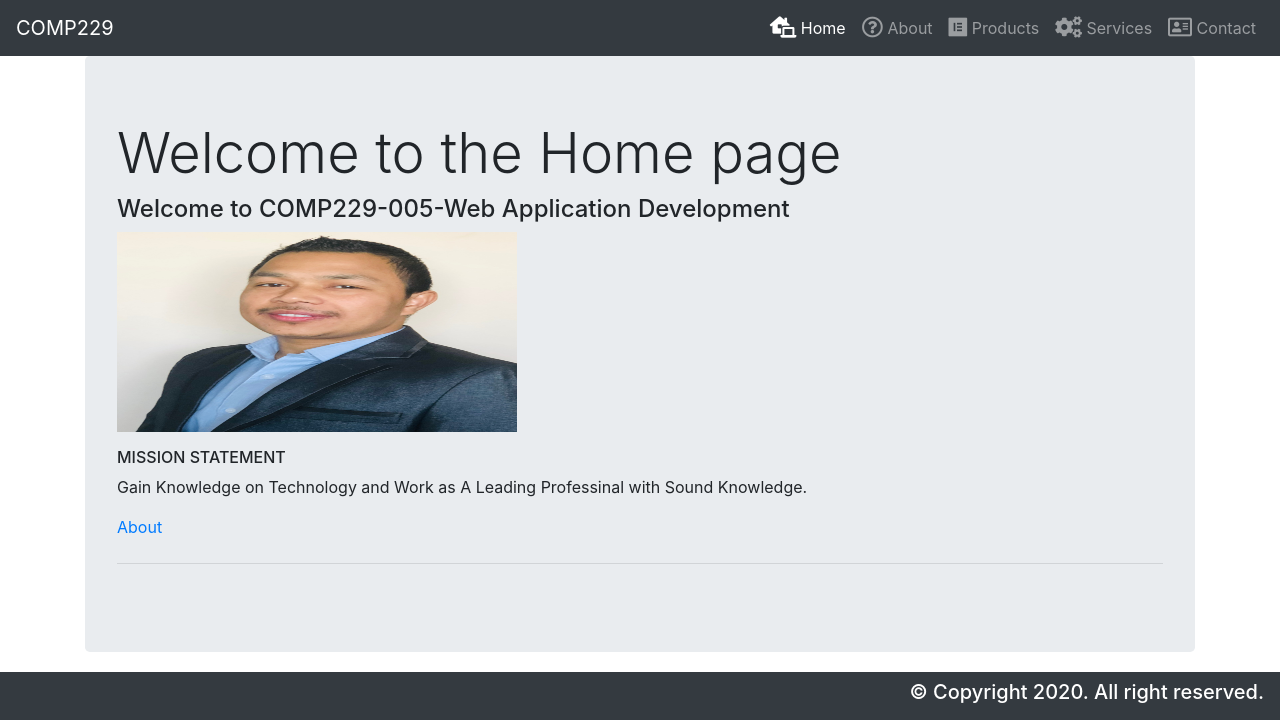
Repository: laxmangothe2020/COMP229Assignment
Page: http://localhost/
These files come from the project's save history. The page is drawn as it stood at one moment and after the next save; the edit follows.
The browser window is 1280 px wide. The pictures show the whole page.
The page is served by the project's Node server (server.js).

Above is the page before, as saved 2021-02-11 01:03:51.

After the next save:
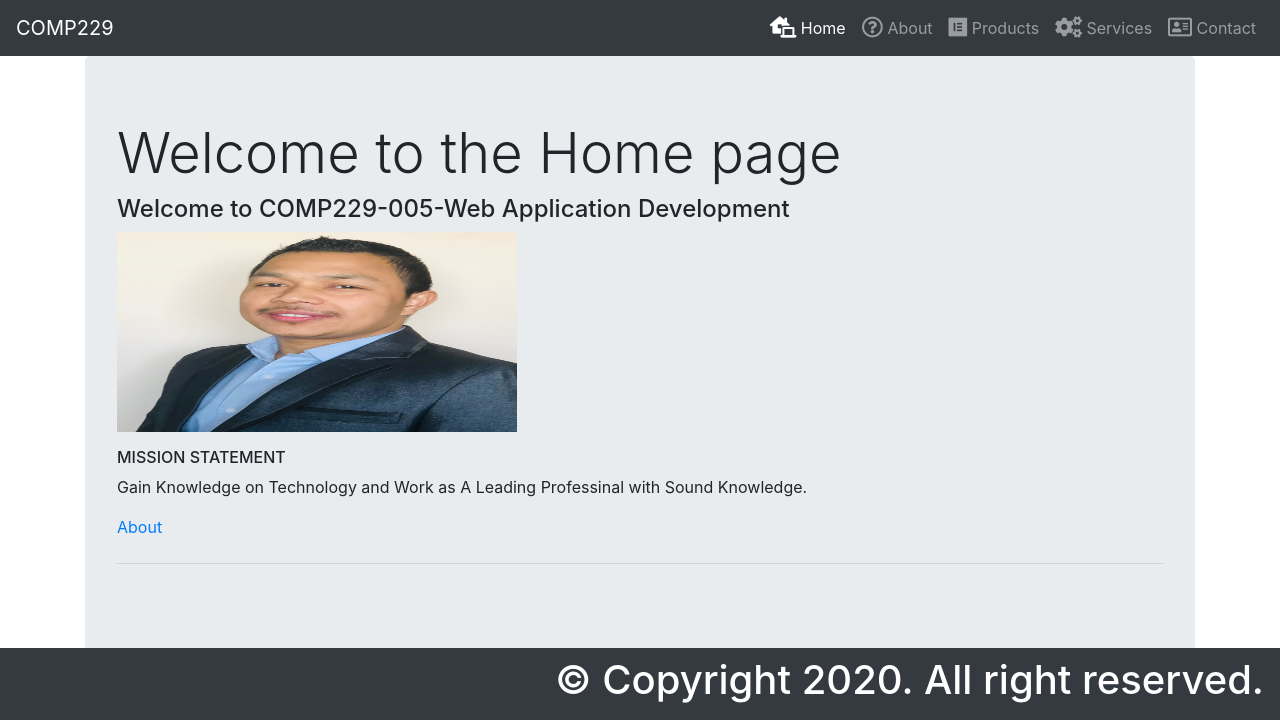
Saved 32 s later.
--- a/views/partials/bottom_nav.ejs
+++ b/views/partials/bottom_nav.ejs
@@ -3,7 +3,7 @@
     <footer>
 
        <nav class="navbar fixed-bottom navbar-dark bg-dark">
-           <h5 class="display-6 navbar.text"> <h5 style="color:white;">&copy; Copyright 2020. All right reserved.</h5>
+           <h5 class="display-6 navbar.text"> <h1 style="color:white;">&copy; Copyright 2020. All right reserved.</h1>
        </nav>
 
     </footer>
